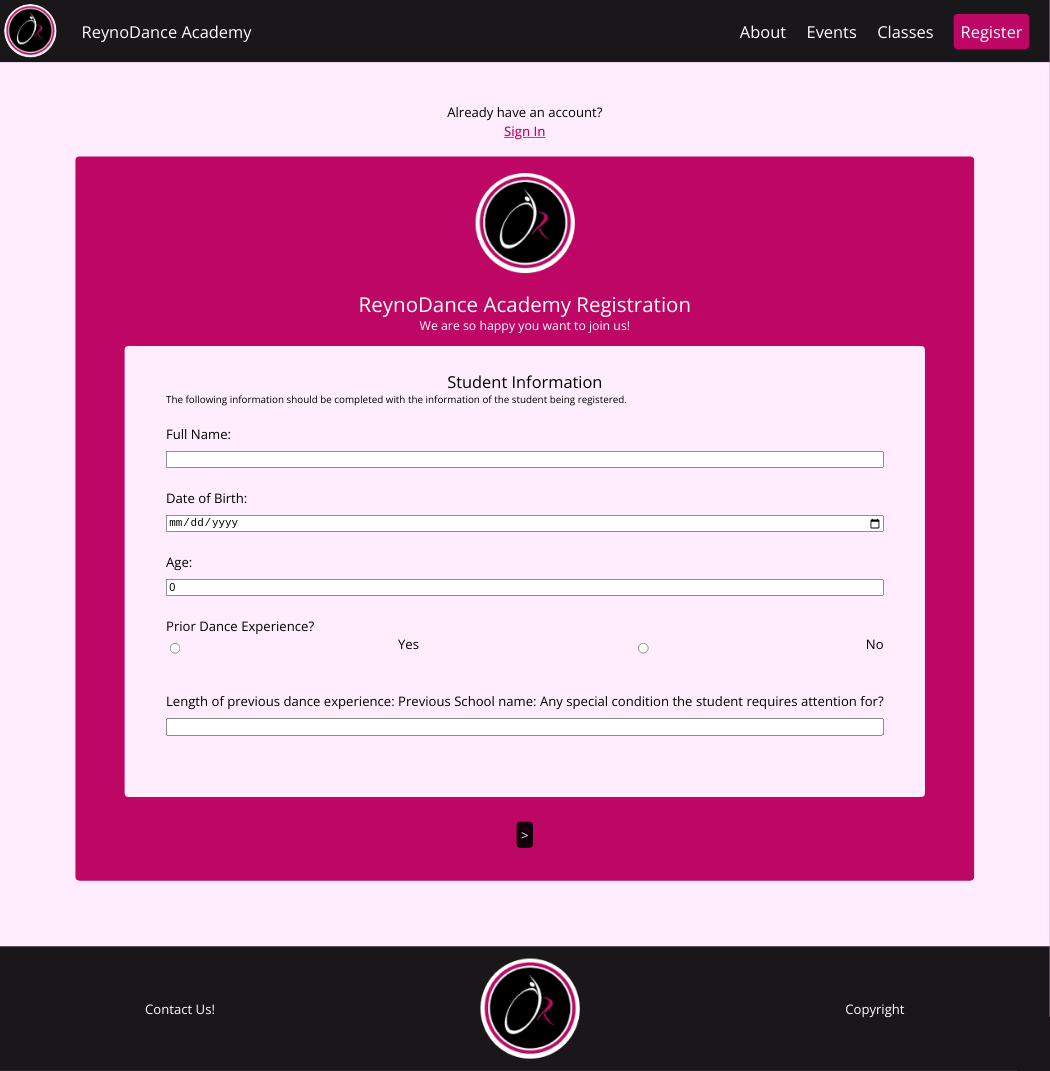
Repository: andreaelpz/reynodance-academy
Page: /register
The author's editor kept a copy of each file at every save. The page is drawn from the files as they stood at one save, then again after the next save.
The browser window is 1280 px wide. The pictures show the whole page, at 82% of full size.
The project was rebuilt for these pictures with package versions that can differ from the ones it lists, and the page was loaded fresh each time. Also part of the build but not shown: angular.json, src/app/about/about.component.ts, src/app/classes/classes.component.ts, src/app/events/events.component.ts, src/app/user/sign-in/sign-in.component.ts, src/app/dashboard/dashboard.component.ts, src/app/home/home.component.ts, src/app/login/login.component.ts.

Above is the page before, as saved 2024-11-18 21:56:07.

After the next save:
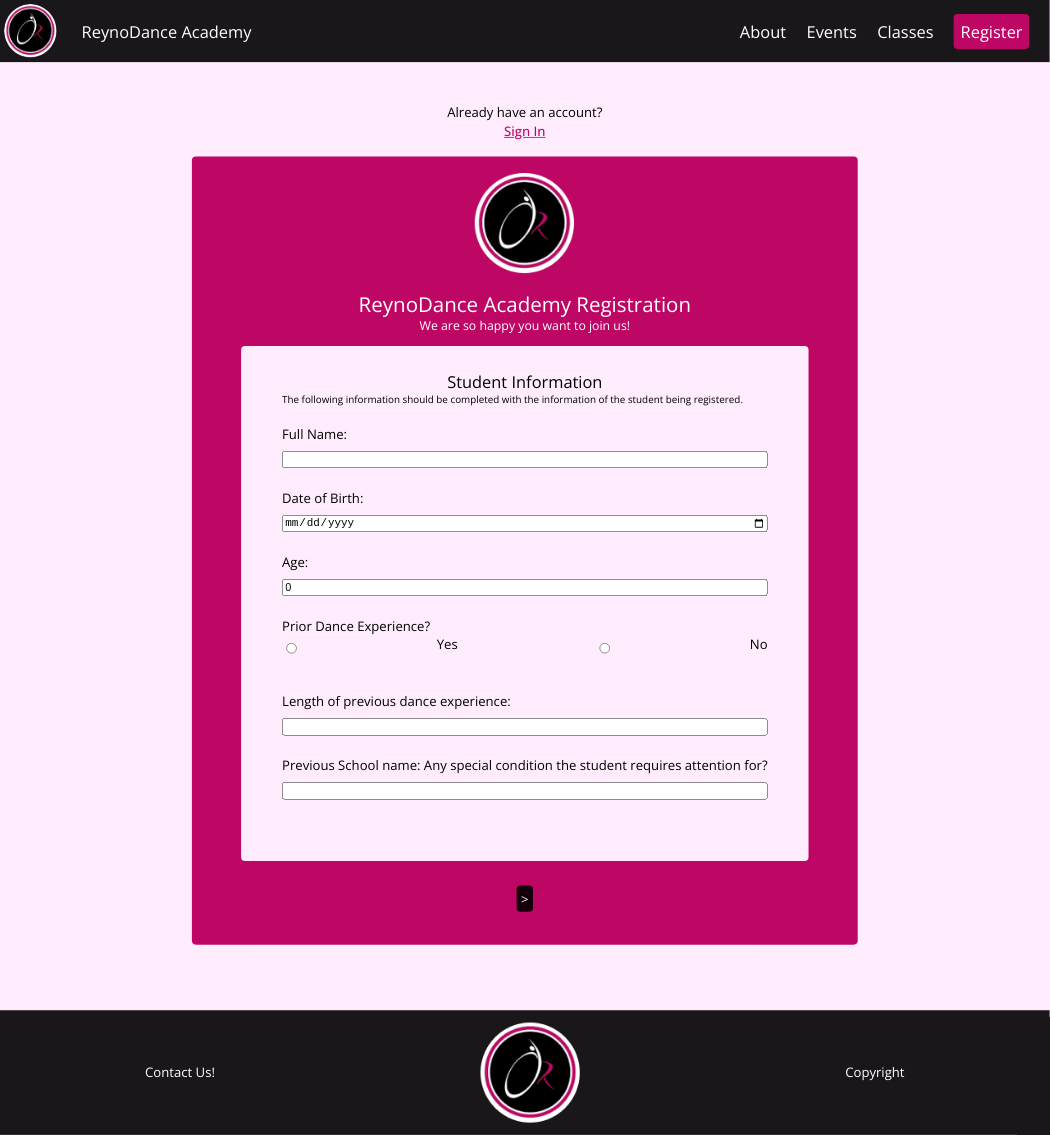
Saved 8 s later.
--- a/src/app/user/register/register.component.html
+++ b/src/app/user/register/register.component.html
@@ -25,7 +25,7 @@
           <input name="experience" type="radio" />No
         </div>
         <br />
-        Length of previous dance experience:<input [(ngModel)]="user.experienceLength" name="exLength" type="number" *ngIf="user.hasDanceExperience === true" />
+        Length of previous dance experience:<input [(ngModel)]="user.experienceLength" name="exLength" type="number" />
         Previous School name:<input [(ngModel)]="user.previousSchool" name="prevSchool" type="text" *ngIf="user.hasDanceExperience == true"/>
         Any special condition the student requires attention for?<input [(ngModel)]="user.specialCondition" name="condition" type="text" />
       </div>
